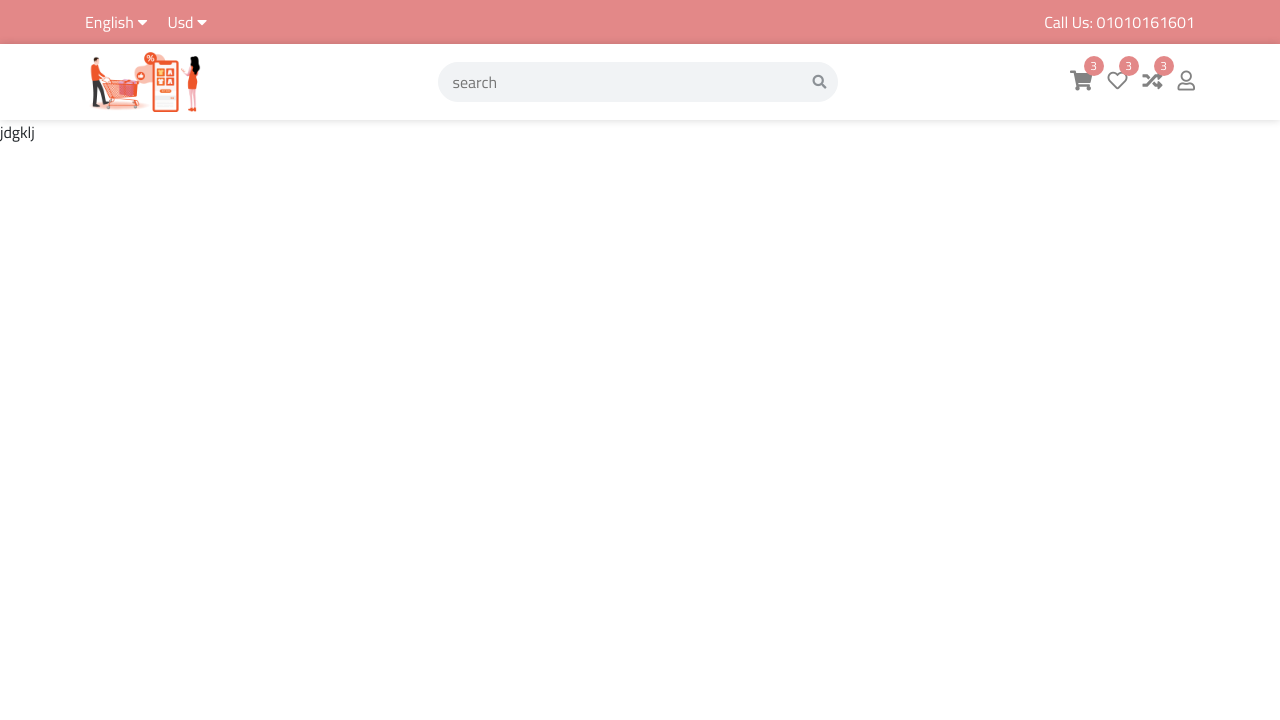
Repository: amrh20/ecommerce-temp
Page: src/index.html
An editor plug-in stored every save of this project. The page is shown before and after the next save, followed by the edit.
The browser window is 1280 px wide. The pictures show the whole page.
The style sheet was rebuilt from its Sass, Less or Tailwind sources for each picture, by a compiler version that may differ from the author's.

Above is the page before, as saved 2020-01-19 13:30:05.

After the next save:
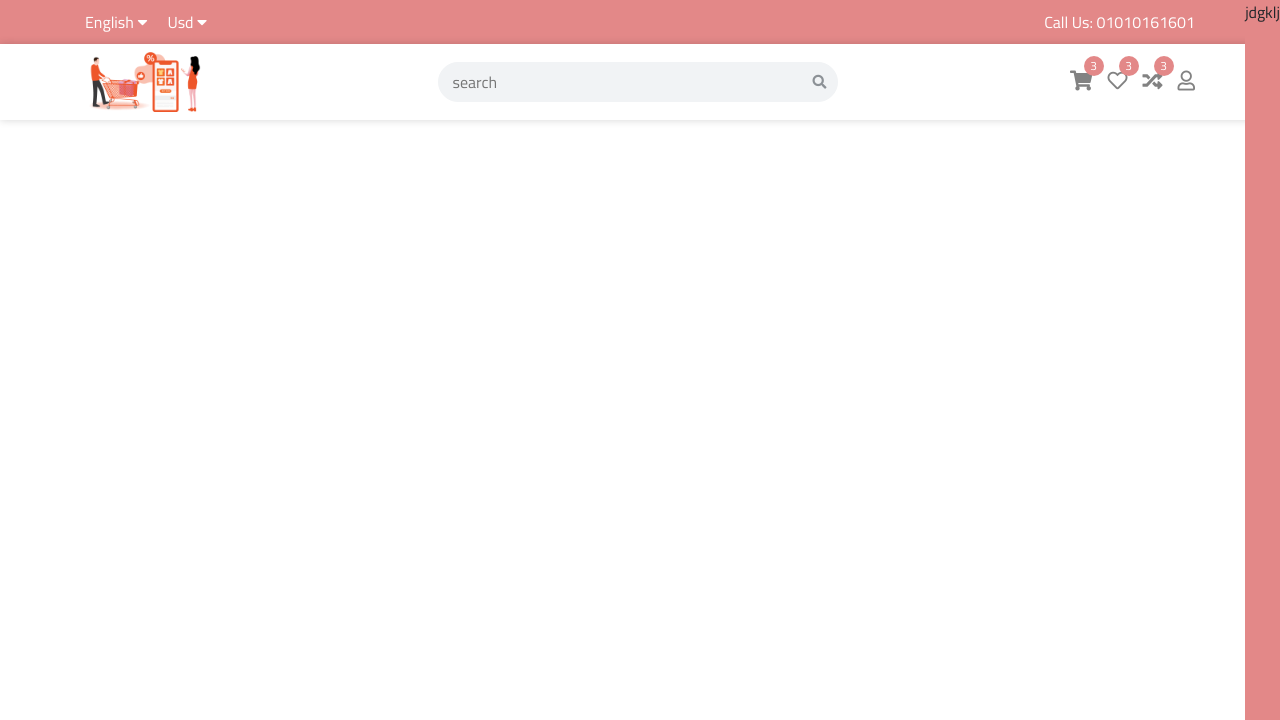
Saved 33 s later.
--- a/src/styles/header.scss
+++ b/src/styles/header.scss
@@ -301,14 +301,7 @@
           }
         }
 
-        // accounts view
-        .accounts_view {
-          position: absolute;
-          right: 0;
-          background: $main-color;
-          height: 100vh;
-          top: 0;
-        }
+
       }
     }
   }
@@ -382,3 +375,14 @@
     }
   }
 }
+
+
+
+   // accounts view
+   .accounts_view {
+    position: absolute;
+    right: 0;
+    background: $main-color;
+    height: 100vh;
+    top: 0;
+  }
